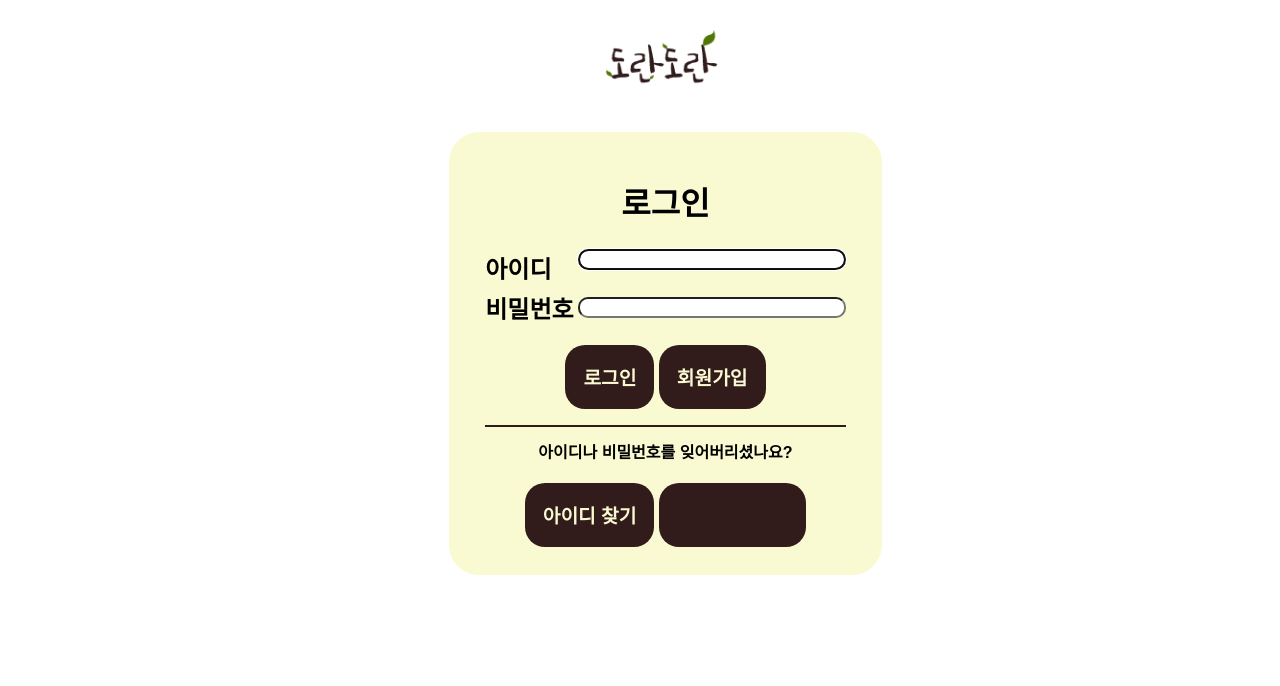
Repository: juhyun110701/DORANDORAN
Page: http://localhost/dorandoran/login.jsp
An editor plug-in stored every save of this project. The page is shown before and after the next save, followed by the edit.
The browser window is 1280 px wide. The pictures show the whole page.
Some web fonts or font styles are not loaded; a fallback is used. The page is served by Tomcat 9. Nobody is signed in. The application's start-up code is not run. Other server files are loaded and not shown.

Above is the page before, as saved 2019-07-17 12:35:42.

### dorandoran/WebContent/login.jsp
<%@ page language="java" contentType="text/html; charset=UTF-8"
    pageEncoding="UTF-8"%>
<!DOCTYPE html>
<html>
<head>
    <meta charset="UTF-8">
    <title>도란도란 : 로그인</title>
    <link rel="stylesheet" href="css/login.css">
    <link href="https://fonts.googleapis.com/css?family=Sunflower:300&display=swap" rel="stylesheet">
    <script>
    	window.onload=function(){
    		document.form.id.focus();
    	}

	    function check(){
			if(document.form.id.value==""){
				alert("아이디를 입력해주세요");
				document.form.id.focus();
				return;
			}
			if(document.form.pw.value==""){
				alert("비밀번호를 입력해주세요");
				document.form.pw.focus();
				return;
			}
			document.forms['form'].submit();	//아이디, 비밀번호 다 입력했을 시 loginProc.jsp로 이동
		}//function check()
    </script>
</head>
<body>

<form name="form" action="loginProc.jsp" method="post">
    <table id="whole">
        <tr>
            <td width="47%"></td>
            <td width="12%"><a href="index.jsp"><img src="img/logo.png" width="80%"></a></td>
            <td width="41%"></td>
        </tr>
        <tr>
           <td colspan=3>
               <div id="box" align="center">
                   <h1>로그인</h1>
                   <p/>
                   <table>
                      <tr>
                          <td>
                               <font size="5%">아이디</font>
                          </td>
                          <td>
                              <input type="text" name="id" class="text" size=30><p>
                          </td>
                       </tr>
                       <tr>
                            <td>
                                <font size="5%">비밀번호</font>
                            </td>
                            <td>
                                <input type="password" name="pw" class="text" size=30>
                            </td>
                       </tr>
                       <tr>
                           <td colspan=2 align="center">
                           	<p>
                           	<input type="button" id="login" class="btn" value="로그인" onclick="check()">
                           	<input type="button" id="signup" class="btn" value="회원가입" onclick="location.href='signup.jsp'">
                           	<p>
                           	<p>
                           	<hr color="#311b1b">
                           </td>
                       </tr>
                       <tr>
                       		<td colspan=2 align="center" id="forget">
                       			아이디나 비밀번호를 잊어버리셨나요?<p>
                       		</td>
                       </tr>
                       <tr>
                       		<td colspan=2 align="center">
                       			<input type="button" id="idforget" class="btn" value="아이디 찾기" onclick="location.href='idSearch.jsp'">
                       		    <input type="button" id="pwforget" class="btn" value="비밀번호 찾기" onclick="location.href='pwSearch.jsp'">
                       		</td>
                       </tr>
                   </table>

               </div>
           </td>
        </tr>
    </table>
</form>
</body>
</html>

### dorandoran/WebContent/css/login.css
body{
    margin:0;
}

*{
    font-family: 'Sunflower', sans-serif;
    font-weight:bold;
}

#whole{
    width:100%;
    height:100%;
}

a{
    text-decoration: none;
}

#box{
    background-color:lightgoldenrodyellow;
    border-radius:30px;
    width:30%;
    margin-left: 35%;
    padding:2%;
}

.text{
	border-radius:10px;
}

.btn{
	background-color:#311b1b;
	color:lightgoldenrodyellow;
	border-radius:20px;
	border:0;
	outline:0;
	padding:5%;
	font-size:120%;
}

#pwforget{
	color:#311b1b;
	padding-top:5%;
}

After the next save:
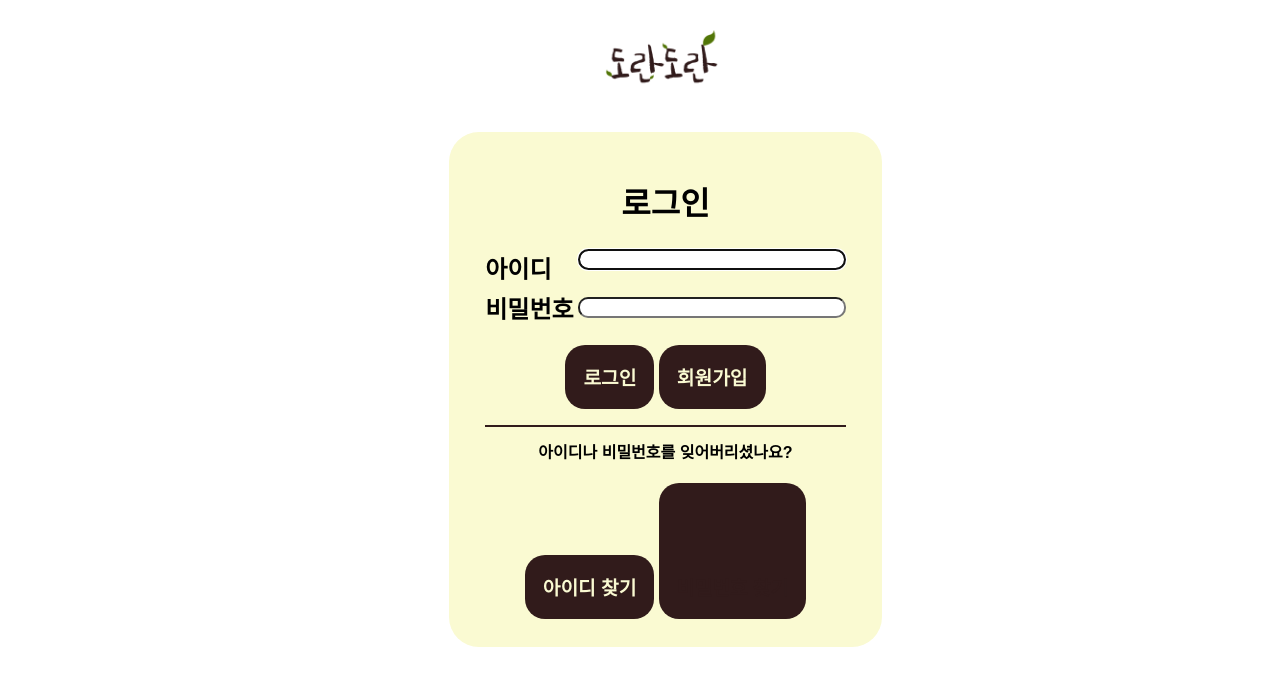
Saved 4 s later.
--- a/dorandoran/WebContent/css/login.css
+++ b/dorandoran/WebContent/css/login.css
@@ -40,5 +40,5 @@ a{
 
 #pwforget{
 	color:#311b1b;
-	padding-top:5%;
+	padding-top:25%;
 }
